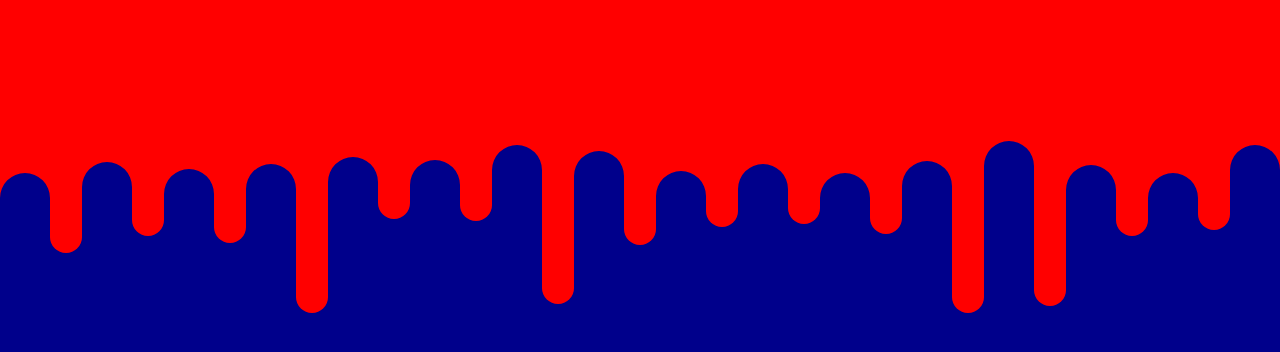
Repository: l-ollie/drip
Page: index.html
These files come from the project's save history. The page is drawn as it stood at one moment and after the next save; the edit follows.
The browser window is 1280 px wide. The pictures show the whole page.

Above is the page before, as saved 2022-06-30 18:35:39.

After the next save:
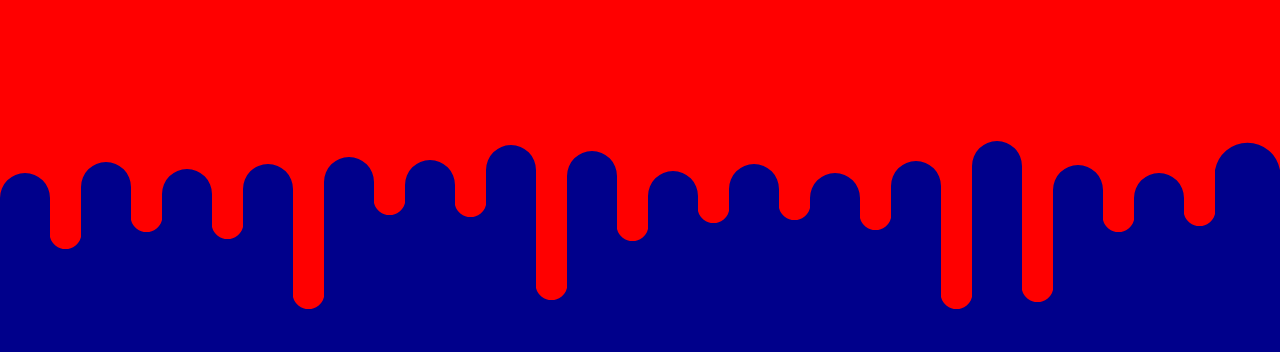
Saved 83 s later.
--- a/drip.js
+++ b/drip.js
@@ -32,7 +32,7 @@ function makeSVG() {
 		if (i % 2 !== 0) {
 			isLow = true;
 			arc = dripLow;
-			width = Math.round(width * 0.75);
+			width = Math.round(width * 0.74);
 			if (random > 40) random *= 2;
 			height = Math.ceil(height + random);
 		} else {
